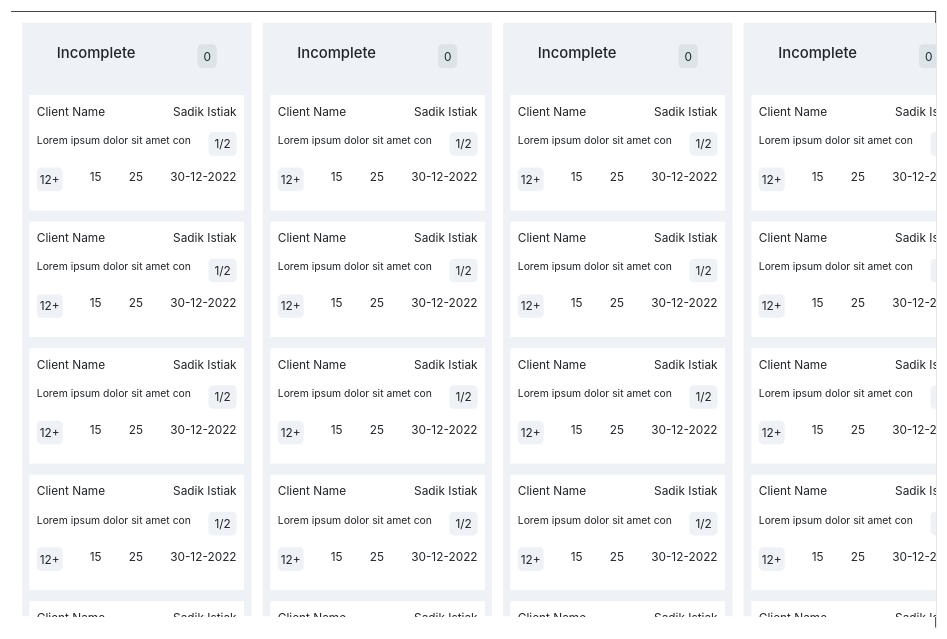
Repository: Sharif-00112/dashboard-task-frontend
Page: /
These files come from the project's save history. The page is drawn as it stood at one moment and after the next save; the edit follows.
The browser window is 1280 px wide. The pictures show the whole page, at 74% of full size.
The project was rebuilt for these pictures with package versions that can differ from the ones it lists, and the page was loaded fresh each time.

Above is the page before, as saved 2023-01-29 20:11:02.

### public/index.html
<!DOCTYPE html>
<html lang="en">
  <head>
    <meta charset="utf-8" />
    <link rel="icon" href="%PUBLIC_URL%/favicon.ico" />
    <meta name="viewport" content="width=device-width, initial-scale=1" />
    <meta name="theme-color" content="#000000" />
    <meta
      name="description"
      content="Web site created using create-react-app"
    />
    <!-- <script src="https://kit.fontawesome.com/eb9242a349.js" crossorigin="anonymous"></script>
    <link rel="stylesheet" href="https://kit.fontawesome.com/eb9242a349.css" crossorigin="anonymous"> -->

    <link rel="apple-touch-icon" href="%PUBLIC_URL%/logo192.png" />
    <!--
      manifest.json provides metadata used when your web app is installed on a
      user's mobile device or desktop. See https://developers.google.com/web/fundamentals/web-app-manifest/
    -->
    <link rel="manifest" href="%PUBLIC_URL%/manifest.json" />
    <!--
      Notice the use of %PUBLIC_URL% in the tags above.
      It will be replaced with the URL of the `public` folder during the build.
      Only files inside the `public` folder can be referenced from the HTML.

      Unlike "/favicon.ico" or "favicon.ico", "%PUBLIC_URL%/favicon.ico" will
      work correctly both with client-side routing and a non-root public URL.
      Learn how to configure a non-root public URL by running `npm run build`.
    -->
    <title>React App</title>
  </head>
  <body>
    <noscript>You need to enable JavaScript to run this app.</noscript>
    <div id="root"></div>
    <!--
      This HTML file is a template.
      If you open it directly in the browser, you will see an empty page.

      You can add webfonts, meta tags, or analytics to this file.
      The build step will place the bundled scripts into the <body> tag.

      To begin the development, run `npm start` or `yarn start`.
      To create a production bundle, use `npm run build` or `yarn build`.
    -->
  </body>
</html>

### src/index.js
import React from 'react';
import 'bootstrap/dist/css/bootstrap.css';
import ReactDOM from 'react-dom/client';
import './index.css';
import App from './App';
import reportWebVitals from './reportWebVitals';

const root = ReactDOM.createRoot(document.getElementById('root'));
root.render(
  <React.StrictMode>
    <App />
  </React.StrictMode>
);

// If you want to start measuring performance in your app, pass a function
// to log results (for example: reportWebVitals(console.log))
// or send to an analytics endpoint. Learn more: https://bit.ly/CRA-vitals
reportWebVitals();

### src/App.js
import './App.css';
import Dashboard from './Components/Dashboard';
import './Components/styles.css'

function App() {
  return (
    <div className="App">
      <Dashboard></Dashboard>
    </div>
  );
}

export default App;

### src/Components/Dashboard.js
import React from 'react';
import Incomplete from './Incomplete';

const Dashboard = () => {
    return (
        <div className='dashboard landing'  style={{overflowX:"scroll"}} >
            <Incomplete></Incomplete>
            <Incomplete></Incomplete>
            <Incomplete></Incomplete>
            <Incomplete></Incomplete>
            <Incomplete></Incomplete>
            <Incomplete></Incomplete>
        </div>
    );
};

export default Dashboard;

### src/Components/styles.css
.background{
    background-color: rgb(238, 241, 245);
}

.background-top{
    background-color: rgb(220, 228, 233);
}

.section-container{
    width: 310px;
    height: 100vh;
}

.task-part{
    display: flex;
    justify-content: space-between;
}

.task-title{
    display: flex;
    justify-content: space-around;
    padding: 5px;
}

.task{
    background-color: white;
    margin: 15px 10px;
    padding: 10px;
}

.dashboard{
    display: grid;
    grid-template-columns: 1fr 1fr 1fr 1fr 1fr 1fr;
    grid-gap: 15px;
}

.landing{
    border-top: 1px solid black;
    border-right: 1px solid black;
    padding: 15px;
    margin: 15px;
    width: auto;
}

### src/Components/Incomplete.js
import React, { useState } from 'react';
import { useEffect } from 'react';
import './styles.css';
import Task from './Task';

const Incomplete = () => {
    const [tasks, setTasks] = useState([]);
    useEffect( ()=> {
        fetch('./tasks.JSON')
        .then(res => res.json())
        .then(data => setTasks(data))
    } ,[])
    return (
        <div className='background pt-4'>
            <div className="task-title">
                <h5>Incomplete</h5>
                <p className='background-top px-2 py-1 rounded'>0</p>
            </div>
            <div style={{overflowY:"scroll"}} className="section-container">
                <div className="task-container">
                    {
                        tasks.map(task => <Task
                            key={task.taskNo}
                            task={task}
                        ></Task>)
                    }
                </div>
            </div>
        </div>
    );
};

export default Incomplete;

### src/Components/Task.js
import React from 'react';
import './styles.css';

const Task = (props) => {
    const {clientName, clientImg, supervisorName, supervisorImg, taskSummary, progress, staff1Img, staff2Img, modules, message, attachment, date} = props.task;
    return (
        <div className='task'>
            <div className="task-part">
                <p>{clientName}</p>
                <p>{supervisorName}</p>
            </div>
            <div className="task-part">
                <small>{taskSummary.substring(0,30)}</small>
                <p className='background px-2 py-1 rounded'>{progress}</p>
            </div>
            <div className="task-part">
                <p className='background p-1 rounded'>{modules}+</p>
                <p>{message}</p>
                <p>{attachment}</p>
                <p>{date}</p>
            </div>
        </div>
    );
};

export default Task;

### public/tasks.JSON
[
  {
    "taskNo": 1,
    "clientName": "Client Name",
    "clientImg": "clientIMG.jpg",
    "supervisorName": "Sadik Istiak",
    "supervisorImg": "supervisorIMG.jpg",
    "taskSummary": "Lorem ipsum dolor sit amet consectetur adipisicing elit. Pariatur velit nemo accusamus. Dolorum, doloribus quisquam unde repellat iusto voluptatum quasi?",
    "progress": "1/2",
    "staff1Img": "staff1.jpg",
    "staff2Img": "staff2.jpg",
    "modules": 12,
    "message": 15,
    "attachment": 25,
    "date": "30-12-2022"
  },
  {
    "taskNo": 2,
    "clientName": "Client Name",
    "clientImg": "clientIMG.jpg",
    "supervisorName": "Sadik Istiak",
    "supervisorImg": "supervisorIMG.jpg",
    "taskSummary": "Lorem ipsum dolor sit amet consectetur adipisicing elit. Pariatur velit nemo accusamus. Dolorum, doloribus quisquam unde repellat iusto voluptatum quasi?",
    "progress": "1/2",
    "staff1Img": "staff1.jpg",
    "staff2Img": "staff2.jpg",
    "modules": 12,
    "message": 15,
    "attachment": 25,
    "date": "30-12-2022"
  },
  {
    "taskNo": 3,
    "clientName": "Client Name",
    "clientImg": "clientIMG.jpg",
    "supervisorName": "Sadik Istiak",
    "supervisorImg": "supervisorIMG.jpg",
    "taskSummary": "Lorem ipsum dolor sit amet consectetur adipisicing elit. Pariatur velit nemo accusamus. Dolorum, doloribus quisquam unde repellat iusto voluptatum quasi?",
    "progress": "1/2",
    "staff1Img": "staff1.jpg",
    "staff2Img": "staff2.jpg",
    "modules": 12,
    "message": 15,
    "attachment": 25,
    "date": "30-12-2022"
  },
  {
    "taskNo": 4,
    "clientName": "Client Name",
    "clientImg": "clientIMG.jpg",
    "supervisorName": "Sadik Istiak",
    "supervisorImg": "supervisorIMG.jpg",
    "taskSummary": "Lorem ipsum dolor sit amet consectetur adipisicing elit. Pariatur velit nemo accusamus. Dolorum, doloribus quisquam unde repellat iusto voluptatum quasi?",
    "progress": "1/2",
    "staff1Img": "staff1.jpg",
    "staff2Img": "staff2.jpg",
    "modules": 12,
    "message": 15,
    "attachment": 25,
    "date": "30-12-2022"
  },
  {
    "taskNo": 5,
    "clientName": "Client Name",
    "clientImg": "clientIMG.jpg",
    "supervisorName": "Sadik Istiak",
    "supervisorImg": "supervisorIMG.jpg",
    "taskSummary": "Lorem ipsum dolor sit amet consectetur adipisicing elit. Pariatur velit nemo accusamus. Dolorum, doloribus quisquam unde repellat iusto voluptatum quasi?",
    "progress": "1/2",
    "staff1Img": "staff1.jpg",
    "staff2Img": "staff2.jpg",
    "modules": 12,
    "message": 15,
    "attachment": 25,
    "date": "30-12-2022"
  },
  {
    "taskNo": 6,
    "clientName": "Client Name",
    "clientImg": "clientIMG.jpg",
    "supervisorName": "Sadik Istiak",
    "supervisorImg": "supervisorIMG.jpg",
    "taskSummary": "Lorem ipsum dolor sit amet consectetur adipisicing elit. Pariatur velit nemo accusamus. Dolorum, doloribus quisquam unde repellat iusto voluptatum quasi?",
    "progress": "1/2",
    "staff1Img": "staff1.jpg",
    "staff2Img": "staff2.jpg",
    "modules": 12,
    "message": 15,
    "attachment": 25,
    "date": "30-12-2022"
  },
  {
    "taskNo": 7,
    "clientName": "Client Name",
    "clientImg": "clientIMG.jpg",
    "supervisorName": "Sadik Istiak",
    "supervisorImg": "supervisorIMG.jpg",
    "taskSummary": "Lorem ipsum dolor sit amet consectetur adipisicing elit. Pariatur velit nemo accusamus. Dolorum, doloribus quisquam unde repellat iusto voluptatum quasi?",
    "progress": "1/2",
    "staff1Img": "staff1.jpg",
    "staff2Img": "staff2.jpg",
    "modules": 12,
    "message": 15,
    "attachment": 25,
    "date": "30-12-2022"
  },
  {
    "taskNo": 8,
    "clientName": "Client Name",
    "clientImg": "clientIMG.jpg",
    "supervisorName": "Sadik Istiak",
    "supervisorImg": "supervisorIMG.jpg",
    "taskSummary": "Lorem ipsum dolor sit amet consectetur adipisicing elit. Pariatur velit nemo accusamus. Dolorum, doloribus quisquam unde repellat iusto voluptatum quasi?",
    "progress": "1/2",
    "staff1Img": "staff1.jpg",
    "staff2Img": "staff2.jpg",
    "modules": 12,
    "message": 15,
    "attachment": 25,
    "date": "30-12-2022"
  },
  {
    "taskNo": 9,
    "clientName": "Client Name",
    "clientImg": "clientIMG.jpg",
    "supervisorName": "Sadik Istiak",
    "supervisorImg": "supervisorIMG.jpg",
    "taskSummary": "Lorem ipsum dolor sit amet consectetur adipisicing elit. Pariatur velit nemo accusamus. Dolorum, doloribus quisquam unde repellat iusto voluptatum quasi?",
    "progress": "1/2",
    "staff1Img": "staff1.jpg",
    "staff2Img": "staff2.jpg",
    "modules": 12,
    "message": 15,
    "attachment": 25,
    "date": "30-12-2022"
  },
  {
    "taskNo": 10,
    "clientName": "Client Name",
    "clientImg": "clientIMG.jpg",
    "supervisorName": "Sadik Istiak",
    "supervisorImg": "supervisorIMG.jpg",
    "taskSummary": "Lorem ipsum dolor sit amet consectetur adipisicing elit. Pariatur velit nemo accusamus. Dolorum, doloribus quisquam unde repellat iusto voluptatum quasi?",
    "progress": "1/2",
    "staff1Img": "staff1.jpg",
    "staff2Img": "staff2.jpg",
    "modules": 12,
    "message": 15,
    "attachment": 25,
    "date": "30-12-2022"
  }
]

### src/Components/ToDo.js
import React, { useState } from 'react';
import { useEffect } from 'react';
import './styles.css';
import Task from './Task';

const ToDo = () => {
    const [tasks, setTasks] = useState([]);
    useEffect( ()=> {
        fetch('./tasks.JSON')
        .then(res => res.json())
        .then(data => setTasks(data))
    } ,[])
    return (
        <div className='background pt-4'>
            <div className="task-title">
                <h5>To Do</h5>
                <p className='background-top px-2 py-1 rounded'>0</p>
            </div>
            <div style={{overflowY:"scroll"}} className="section-container">
                <div className="task-container">
                    {
                        tasks.map(task => <Task
                            key={task.taskNo}
                            task={task}
                        ></Task>)
                    }
                </div>
            </div>
        </div>
    );
};

export default ToDo;

Loaded but not shown: src/index.css (common file); src/reportWebVitals.js (common file); src/App.css (common file)

After the next save:
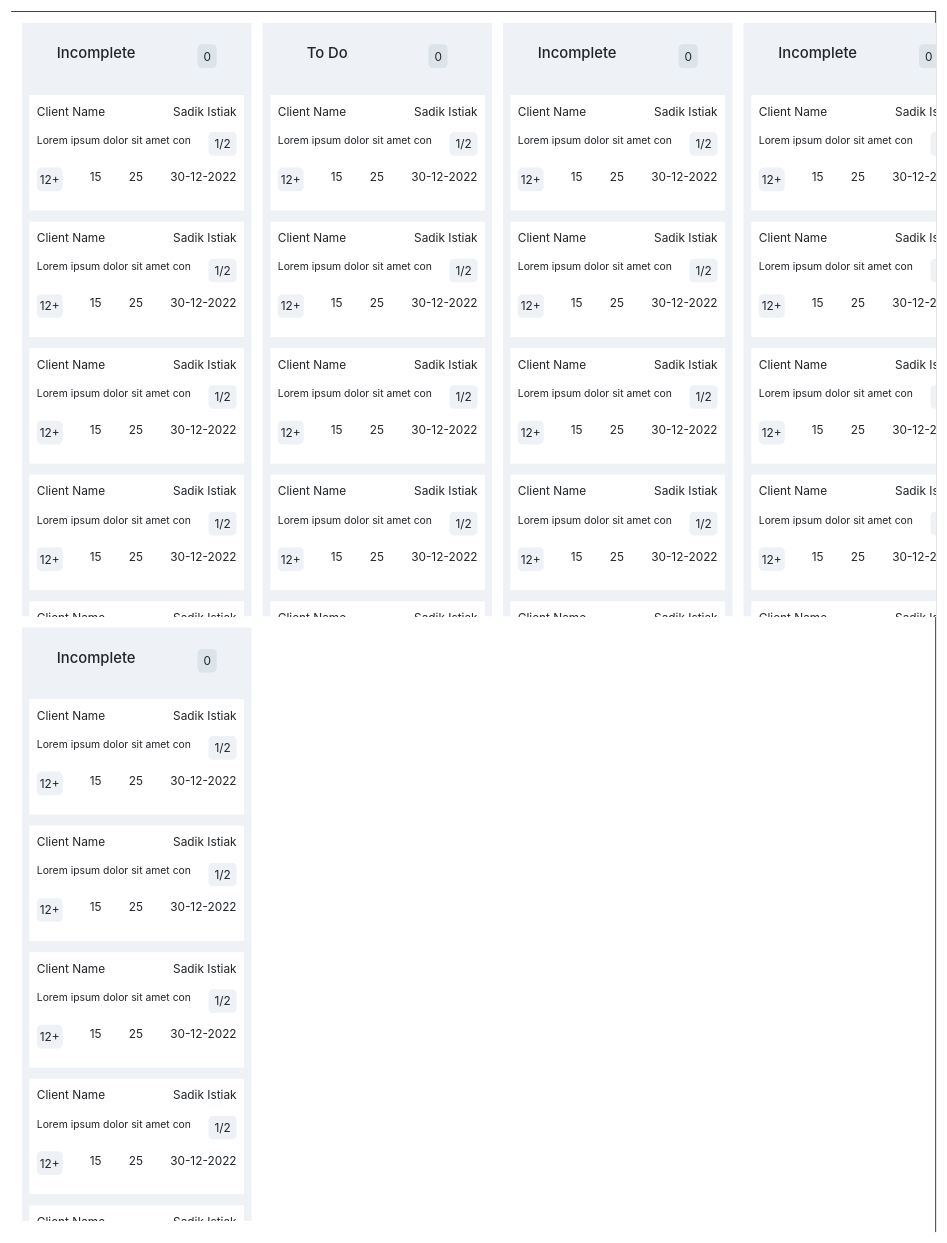
Saved 25 s later.
--- a/src/Components/Dashboard.js
+++ b/src/Components/Dashboard.js
@@ -1,10 +1,12 @@
 import React from 'react';
 import Incomplete from './Incomplete';
+import ToDo from './ToDo';
 
 const Dashboard = () => {
     return (
         <div className='dashboard landing'  style={{overflowX:"scroll"}} >
             <Incomplete></Incomplete>
+            <ToDo></ToDo>
             <Incomplete></Incomplete>
             <Incomplete></Incomplete>
             <Incomplete></Incomplete>
